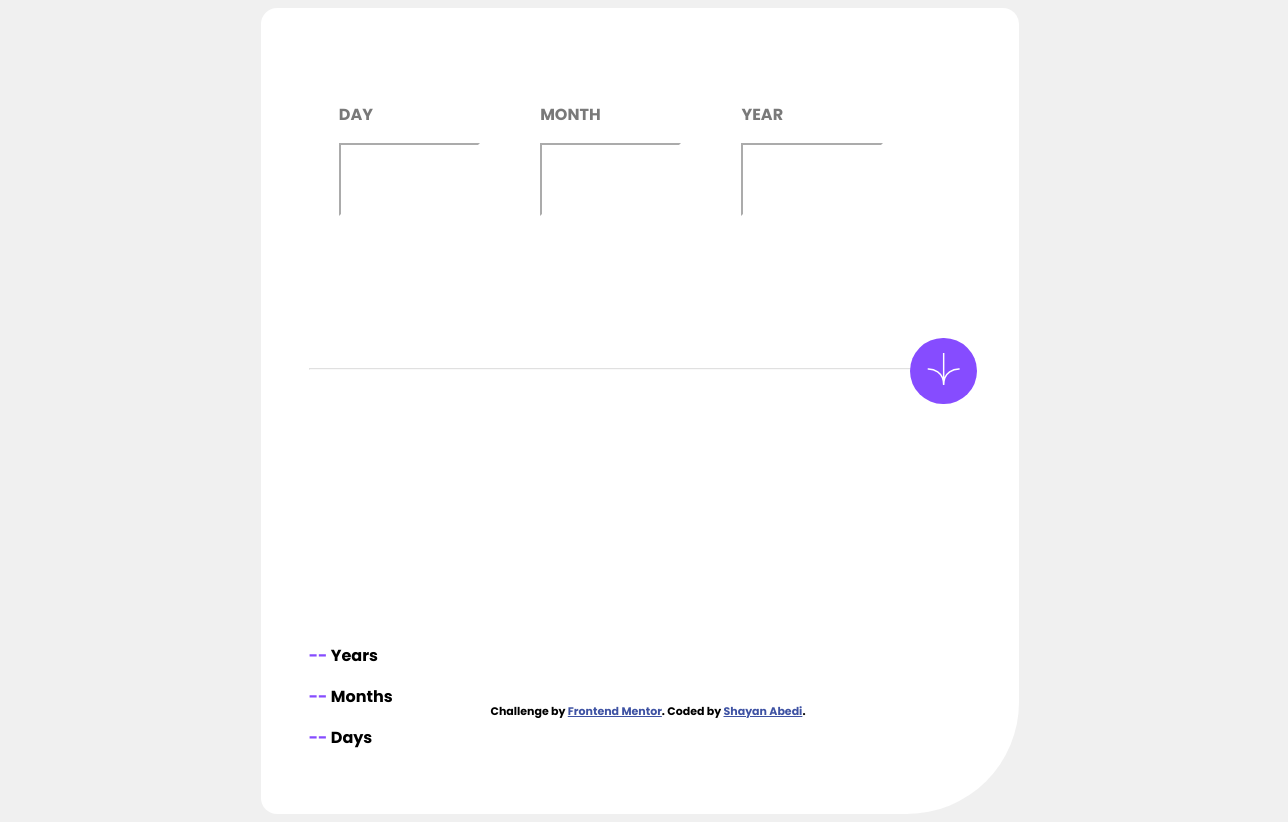
Repository: shayanabedi98/age-calculator
Page: index.html
The author's editor kept a copy of each file at every save. The page is drawn from the files as they stood at one save, then again after the next save.
The browser window is 1280 px wide. The page is 1288 px wide, so the pictures cover 1288 px, including what lies to the right of the window. The pictures show the whole page.

Above is the page before, as saved 2023-09-19 21:01:04.

### index.html
<!DOCTYPE html>
<html lang="en">
<head>
  <meta charset="UTF-8">
  <meta name="viewport" content="width=device-width, initial-scale=1.0">
  <link rel="icon" type="image/png" sizes="32x32" href="./assets/images/favicon-32x32.png">
  <link rel="stylesheet" href="styles.css">
  <title>Frontend Mentor | Age calculator app</title>
</head>
<body>

  <div class="grid-container">
    <div class="dob">
      <div class="day">
        <p>DAY</p>
        <input type="number" min="1" minlength="1" maxlength="2">
      </div>
      <div class="month">
        <p>MONTH</p>
        <input type="number" min="1" minlength="1" maxlength="2">
      </div>
      <div class="year">
        <p>YEAR</p>
        <input type="number" min="1" minlength="1" maxlength="2">
      </div>
    </div>
    <div class="line">
      <button><svg xmlns="http://www.w3.org/2000/svg" width="46" height="44" viewBox="0 0 46 44"><g fill="none" stroke="#FFF" stroke-width="2"><path d="M1 22.019C8.333 21.686 23 25.616 23 44M23 44V0M45 22.019C37.667 21.686 23 25.616 23 44"/></g></svg></button>
      <hr>
    </div>
    <div class="results">
      <p id="age-year"><span>--</span> Years</p>
      <p id="age-month"><span>--</span> Months</p>
      <p id="age-day"><span>--</span> Days</p>
    </div>
  </div>

  <div class="attribution">
    Challenge by <a href="https://www.frontendmentor.io?ref=challenge" target="_blank">Frontend Mentor</a>.
    Coded by <a href="#">Shayan Abedi</a>.
  </div>
  <script src="index.js"></script>
</body>
</html>

### styles.css
@font-face {
    font-family: Poppins-Bold;
    src: url(./assets/fonts/Poppins-Bold.ttf);
}

body {
    font-family: 'Poppins-Bold', sans-serif;
    background-color: rgba(240,240,240,255);
}

.grid-container {
    background-color: white;
    border-radius: 1em 1em 7em 1em;
    text-align: center;
    display: grid;
    grid-template-rows: 1fr 1fr;
    width: 60%;
    margin-left: 20%;
}

.dob {
    display: grid;
    grid-template-columns: 1fr 1fr 3fr;
    text-align: start;
    padding: 3em;
}

.dob p {
    color: rgba(121,121,121,255);
}

.dob input {
    height: 5em;
    width: 10em;
    border-color: white;
    outline: none;
}

.day, .month, .year {
    padding: 30px;
}

.results {
    text-align: start;
    padding: 3em;
}

.results span {
    color: rgba(134,76,255,255);
}

hr {
    opacity: 30%;
    width: 85%;
    margin-left: 3em;
}

.line {
    height: 0px;
}

.line button {
 background-color: rgba(134,76,255,255);
 border-radius: 50%;
 border: none;
 height: 5em;
 width: 5em;
 cursor: pointer;
 position: relative;
 top: 3.3em;
 z-index: 1;
 left: 40%;
}

.line svg {
    width: 2.5em;
}

.attribution {
    font-size: 11px; text-align: center;
    position: absolute;
    bottom: 0;
    width: 100%;
}

.attribution a {
    color: hsl(228, 45%, 44%);
}

Loaded but not shown: index.js (common file)

After the next save:
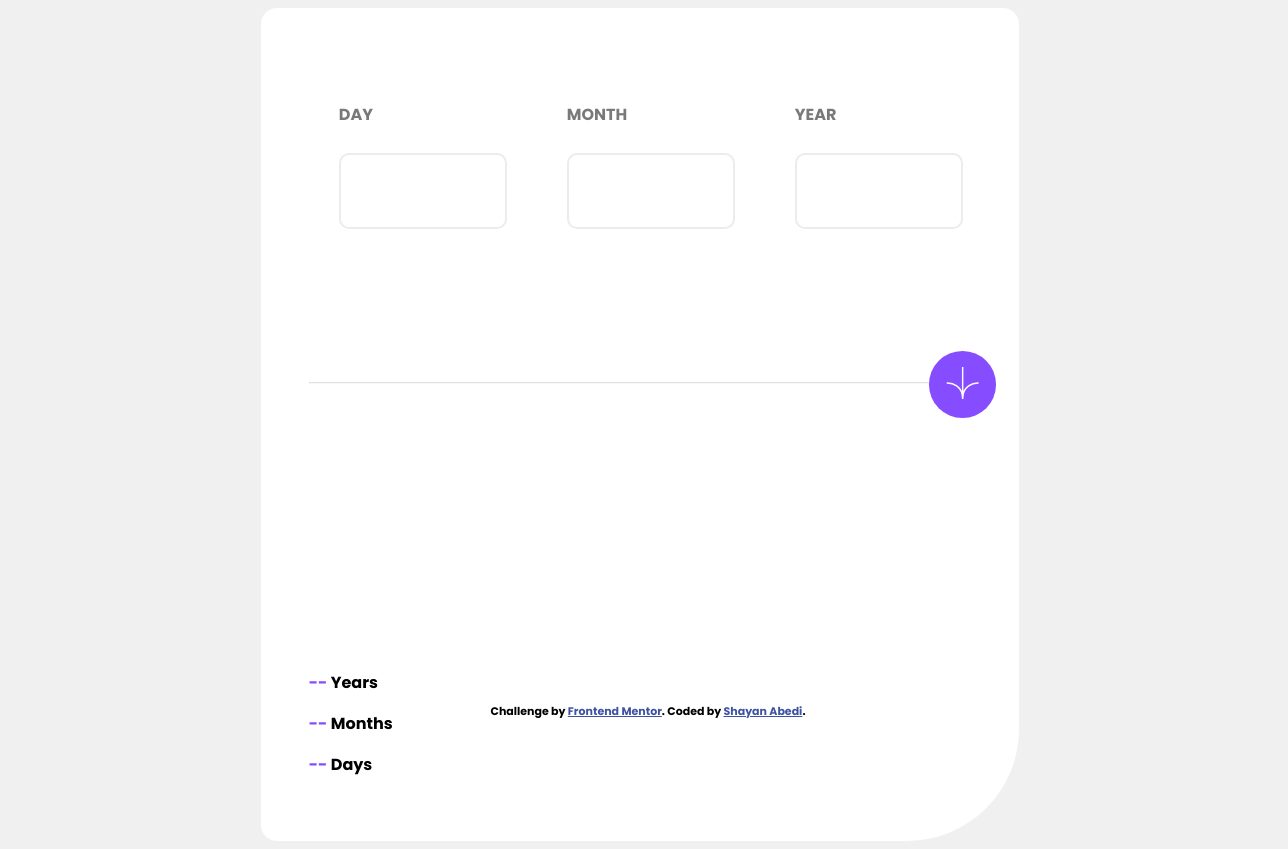
Saved 42 s later.
--- a/styles.css
+++ b/styles.css
@@ -30,10 +30,12 @@
 }
 
 .dob input {
-    height: 5em;
-    width: 10em;
-    border-color: white;
-    outline: none;
+    width: 160px;
+    height: 70px;
+    margin-top: 10px;
+    border-radius: 10px;
+    border: #ececec 2px solid;
+    text-indent: .7em;
 }
 
 .day, .month, .year {

After the save that followed:
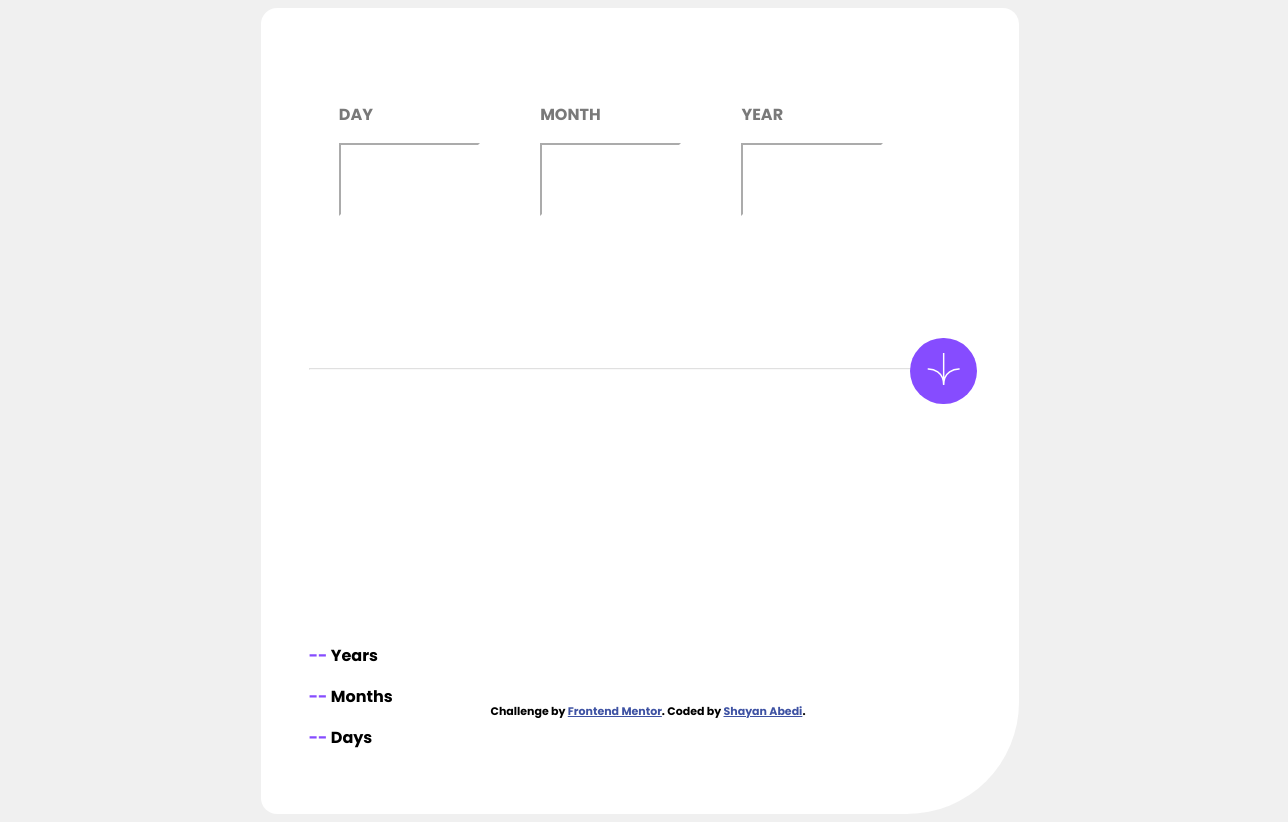
Saved 17 s later.
--- a/styles.css
+++ b/styles.css
@@ -30,12 +30,9 @@
 }
 
 .dob input {
-    width: 160px;
-    height: 70px;
-    margin-top: 10px;
-    border-radius: 10px;
-    border: #ececec 2px solid;
-    text-indent: .7em;
+    height: 5em;
+    width: 10em;
+    border-color: white;
 }
 
 .day, .month, .year {
